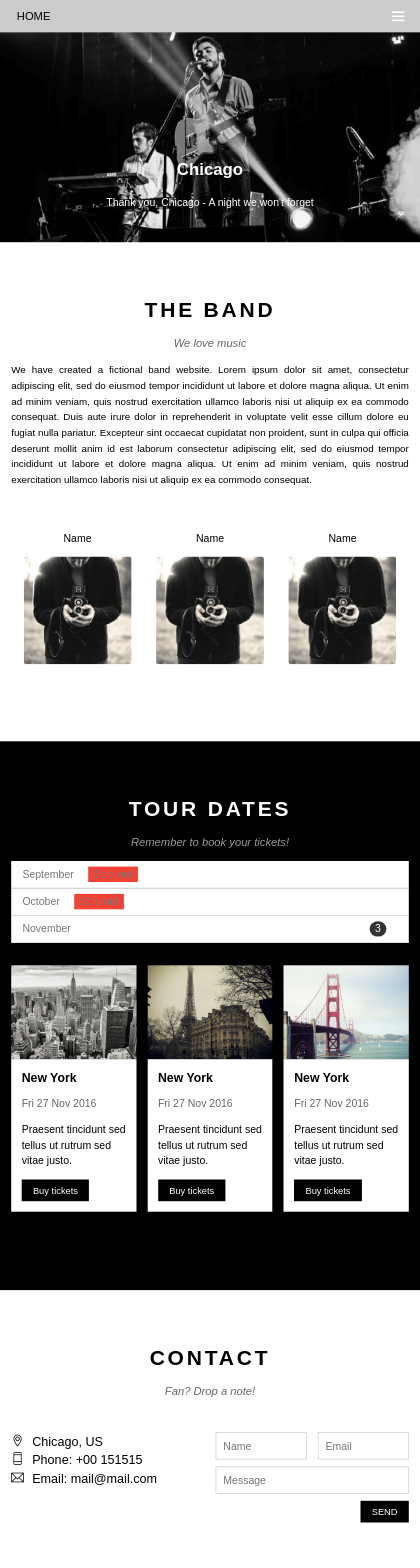
Repository: Bakyproit/the-Band
Page: index.html
The author's editor kept a copy of each file at every save. The page is drawn from the files as they stood at one save, then again after a run of saves.
The browser window is 600 px wide. The pictures show the part of the page from y = 0 to 2240 px (the page is 2816 px tall), at 70% of full size.

Above is the page before, as saved 2022-01-03 22:29:30.

After the next 2 saves:
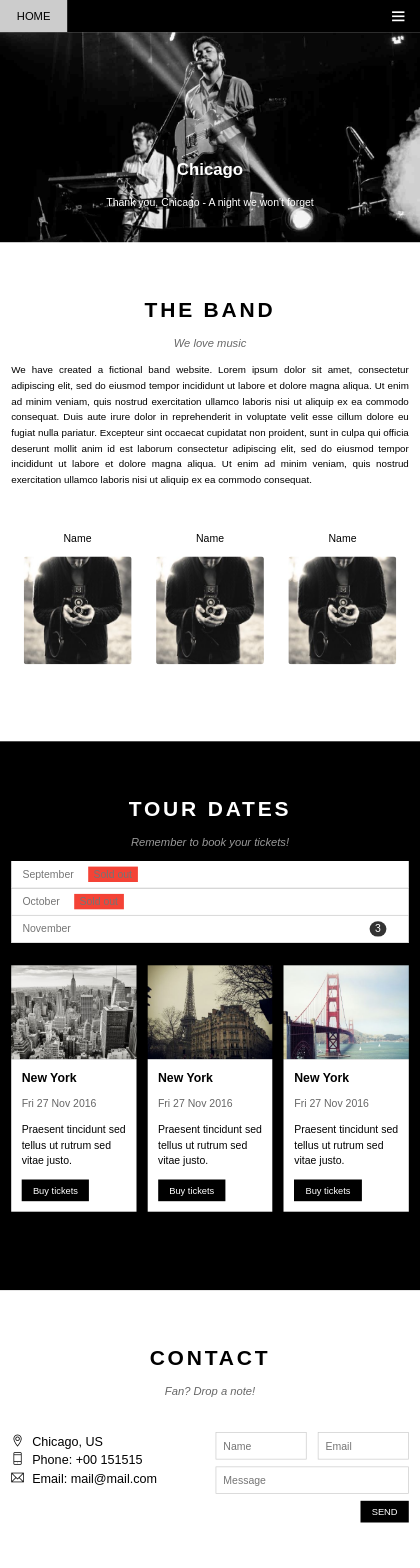
The 2 saves are shown as one change because they came seconds apart.
The last was saved 82 s later.
--- a/assets/css/reponsive.css
+++ b/assets/css/reponsive.css
@@ -8,6 +8,7 @@
     #nav > li{
         display: block;
     }
+    #nav > li:
     #nav li a {
         display: block;
     }
